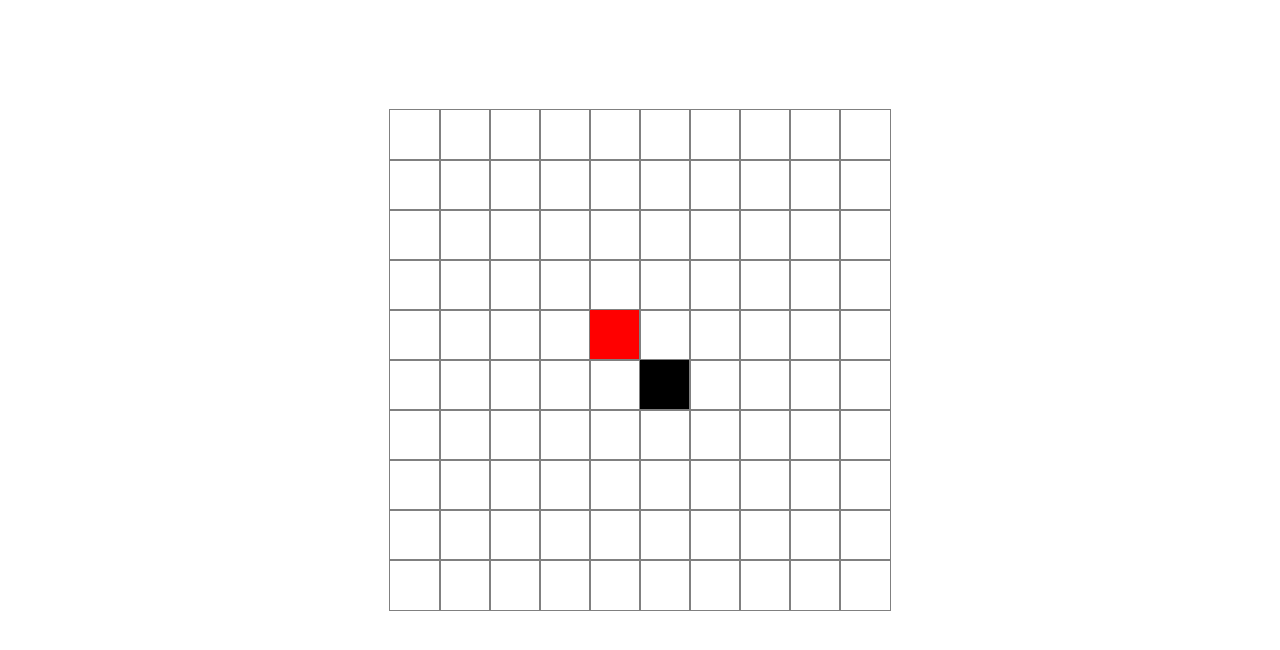
Repository: meills/react-snake
Page: /
These files come from the project's save history. The page is drawn as it stood at one moment and after the next save; the edit follows.
The browser window is 1280 px wide. The pictures show the whole page.
The project was rebuilt for these pictures with package versions that can differ from the ones it lists, and the page was loaded fresh each time. Also part of the build but not shown: src/styles/App.css.

Above is the page before, as saved 2020-06-10 23:51:18.

After the next save:
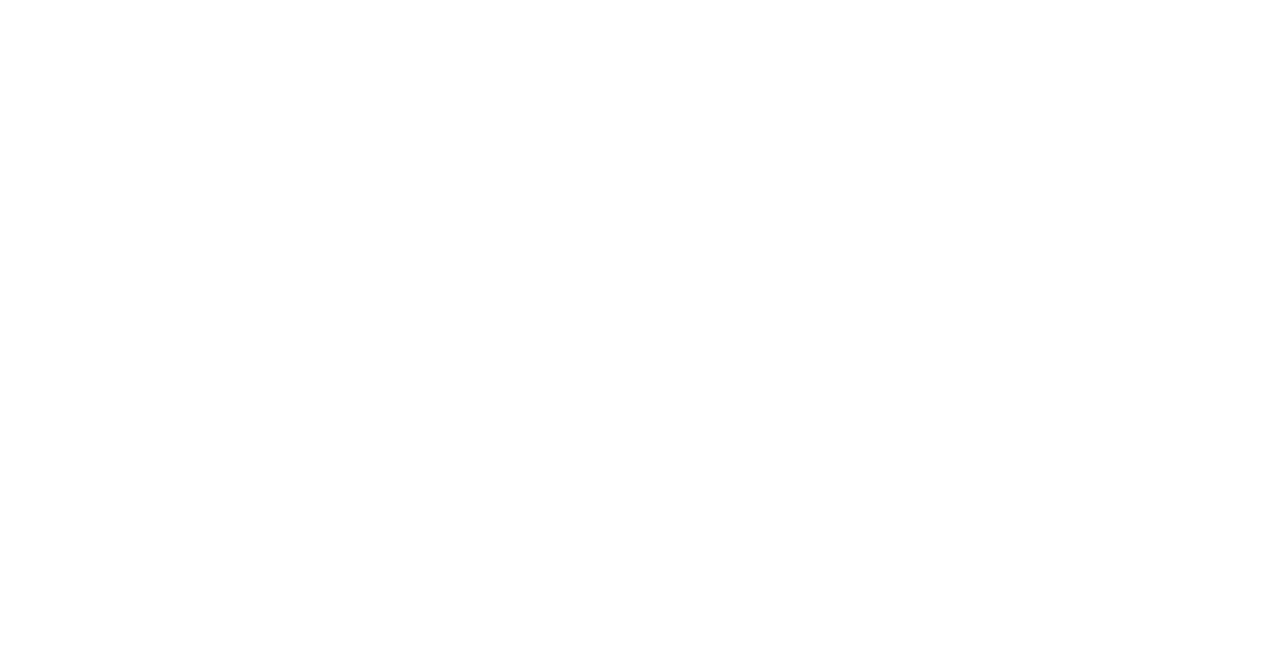
Saved 47 min 11 s later.
--- a/src/components/Grid.js
+++ b/src/components/Grid.js
@@ -102,13 +102,13 @@
         console.log(food);
 
         this.setState({food: food});
-        console.log(this.state.food);
-        this.initGrid();
+        //console.log(this.state.food);
+        //this.initGrid();
 
        //console.log(this.state.grid);
-        window.fnInterval = setInterval(() => {
+        /*window.fnInterval = setInterval(() => {
             this.gameTick();
-        }, this.state.tickTime);
+        }, this.state.tickTime);*/
 
     }
 

After the save that followed:
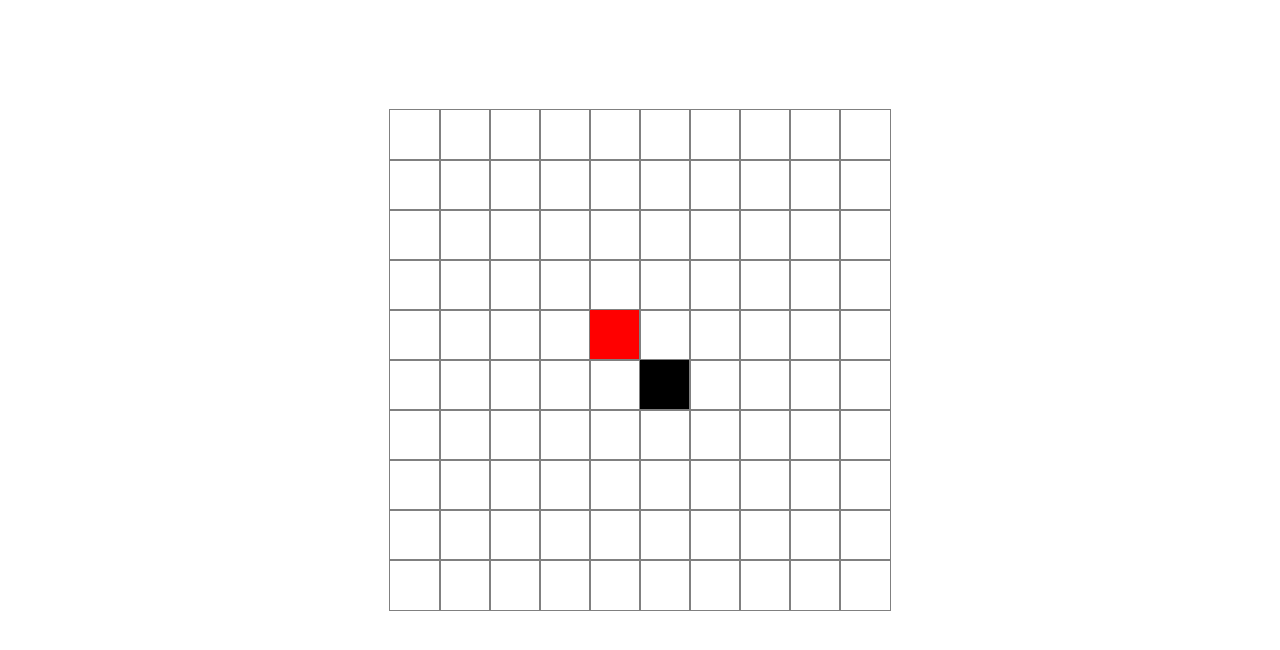
Saved 15 s later.
--- a/src/components/Grid.js
+++ b/src/components/Grid.js
@@ -97,13 +97,14 @@
     }
 
    componentDidMount() {
+        this.initGrid();
         const food = this.getFood();
 
         console.log(food);
 
         this.setState({food: food});
         //console.log(this.state.food);
-        //this.initGrid();
+        //
 
        //console.log(this.state.grid);
         /*window.fnInterval = setInterval(() => {
